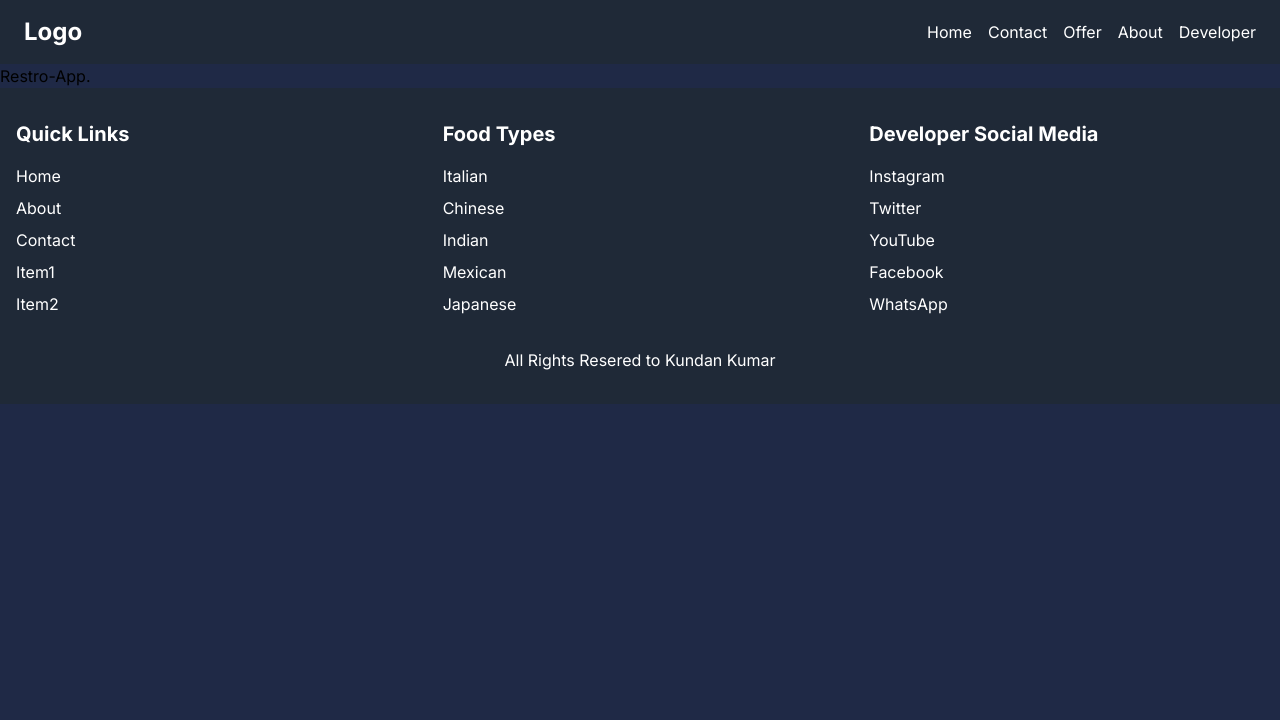
Repository: its-kundan/food-on-time
Page: /
These files come from the project's save history. The page is drawn as it stood at one moment and after the next save; the edit follows.
The browser window is 1280 px wide. The pictures show the whole page.
The project was rebuilt for these pictures with package versions that can differ from the ones it lists, and the page was loaded fresh each time. The framework's server and built-in components were replaced by stand-ins that run in the browser. Also part of the build but not shown: next.config.mjs.

Above is the page before, as saved 2024-07-25 09:01:17.

### src/app/layout.js
import { Inter } from "next/font/google";
import "./globals.css";

import Footer from "./_components/Footer";

const inter = Inter({ subsets: ["latin"] });

export const metadata = {
  title: "Create Next App",
  description: "Generated by create next app",
};

export default function RootLayout({ children }) {
  return (
    <html lang="en">
      <body className={inter.className}>{children}</body>
    </html>
  );
}

### src/app/page.js
import Image from "next/image";
import Footer from "./_components/Footer";
import Header from "./_components/Header";

export default function Home() {
  return (
   <main className="bg-grey-800">
    <Header/>
    Restro-App.
    <Footer/>


   </main>
  );
}

### src/app/globals.css
@tailwind base;
@tailwind components;
@tailwind utilities;
body{
  background-color: rgb(31, 41, 70); /* For background color */
  /* color: white; */
}
/*
:root {
  --foreground-rgb: 0, 0, 0;
  --background-start-rgb: 214, 219, 220;
  --background-end-rgb: 255, 255, 255;
}

@media (prefers-color-scheme: dark) {
  :root {
    --foreground-rgb: 255, 255, 255;
    --background-start-rgb: 0, 0, 0;
    --background-end-rgb: 0, 0, 0;
  }
}

body {
  color: rgb(var(--foreground-rgb));
  background: linear-gradient(
      to bottom,
      transparent,
      rgb(var(--background-end-rgb))
    )
    rgb(var(--background-start-rgb));
}

@layer utilities {
  .text-balance {
    text-wrap: balance;
  }
} */

### src/app/_components/Footer.jsx
import React from 'react';

const Footer = () => {
  return (
    <footer className="bg-gray-800 text-white py-8 mt-auto">
      <div className="container mx-auto px-4">
        <div className="grid grid-cols-1 md:grid-cols-3 gap-8">
          {/* First Column */}
          <div>
            <h3 className="text-xl font-bold mb-4">Quick Links</h3>
            <ul>
              <li className="mb-2"><a href="#">Home</a></li>
              <li className="mb-2"><a href="#">About</a></li>
              <li className="mb-2"><a href="#">Contact</a></li>
              <li className="mb-2"><a href="#">Item1</a></li>
              <li className="mb-2"><a href="#">Item2</a></li>
            </ul>
          </div>

          {/* Second Column */}
          <div>
            <h3 className="text-xl font-bold mb-4">Food Types</h3>
            <ul>
              <li className="mb-2"><a href="#">Italian</a></li>
              <li className="mb-2"><a href="#">Chinese</a></li>
              <li className="mb-2"><a href="#">Indian</a></li>
              <li className="mb-2"><a href="#">Mexican</a></li>
              <li className="mb-2"><a href="#">Japanese</a></li>
            </ul>
          </div>

          {/* Third Column */}
          <div>
            <h3 className="text-xl font-bold mb-4">Developer Social Media</h3>
            <ul>
              <li className="mb-2"><a href="#">Instagram</a></li>
              <li className="mb-2"><a href="#">Twitter</a></li>
              <li className="mb-2"><a href="#">YouTube</a></li>
              <li className="mb-2"><a href="#">Facebook</a></li>
              <li className="mb-2"><a href="#">WhatsApp</a></li>
            </ul>
          </div>
        </div>
        <br/>
        <p className='text-center '> All Rights Resered to Kundan Kumar</p>
      </div>
    </footer>
  );
};

export default Footer;

### src/app/_components/Header.jsx
"use client"
// components/Header.js
import Link from 'next/link';
import { useState } from 'react';

const Header = () => {
  const [isDropdownOpen, setIsDropdownOpen] = useState(false);

  return (
    <header className="bg-gray-800 text-white">
      <div className="container mx-auto flex justify-between items-center py-4 px-6">
        <div className="flex items-center">
          <Link href="/" className="text-2xl font-bold">
            Logo
          </Link>
        </div>
        <nav className="flex space-x-4">
          <Link href="/" className="hover:text-gray-400">
            Home
          </Link>
          <Link href="/contact" className="hover:text-gray-400">
            Contact
          </Link>
          <div className="relative">
            <button
              onClick={() => setIsDropdownOpen(!isDropdownOpen)}
              className="hover:text-gray-400"
            >
              Offer
            </button>
            {isDropdownOpen && (
              <div className="absolute bg-gray-700 text-white mt-2 rounded-md shadow-lg z-10">
                <ul>
                  <li><a href="#" className="block px-4 py-2 hover:bg-gray-600">Offer Item 1</a></li>
                  <li><a href="#" className="block px-4 py-2 hover:bg-gray-600">Offer Item 2</a></li>
                  <li><a href="#" className="block px-4 py-2 hover:bg-gray-600">Offer Item 3</a></li>
                  <li><a href="#" className="block px-4 py-2 hover:bg-gray-600">Offer Item 4</a></li>
                  <li><a href="#" className="block px-4 py-2 hover:bg-gray-600">Offer Item 5</a></li>
                </ul>
              </div>
            )}
          </div>
          <Link href="/about" className="hover:text-gray-400">
            About
          </Link>
          <Link href="/developer" className="hover:text-gray-400">
            Developer
          </Link>
        </nav>
      </div>
    </header>
  );
};

export default Header;

Loaded but not shown: tailwind.config.js (common file)

After the next save:
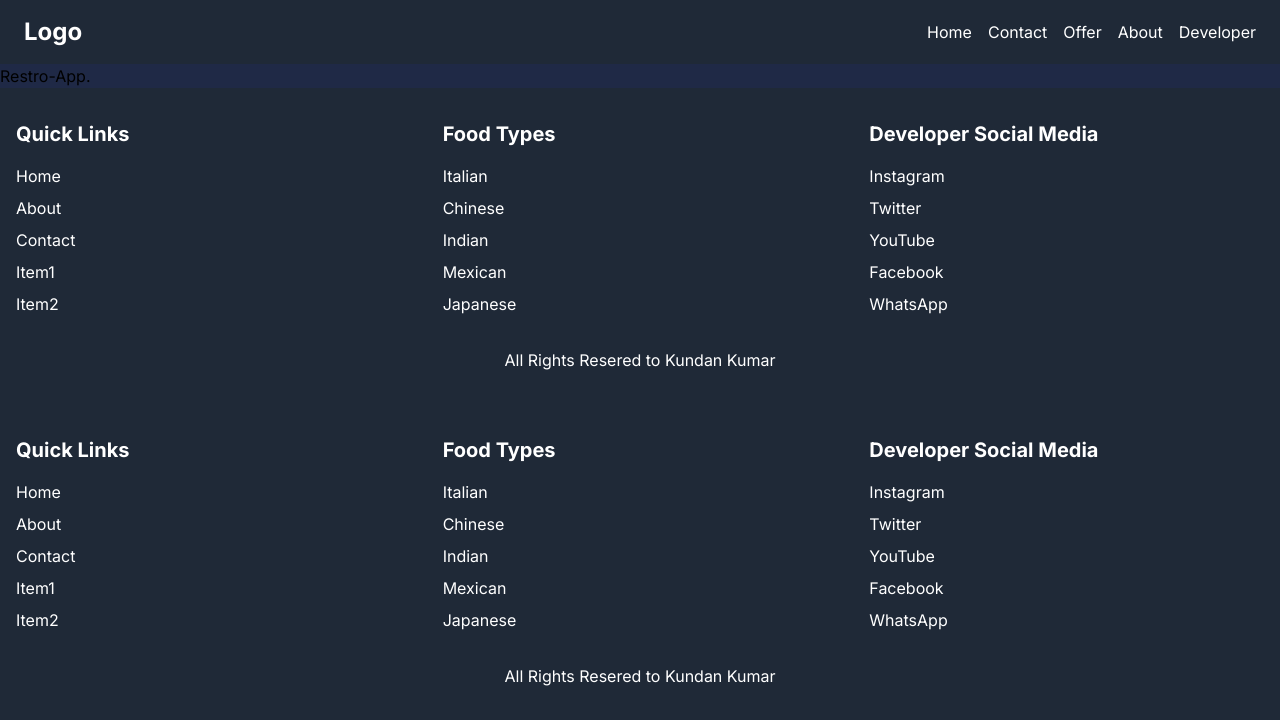
Saved 9 s later.
--- a/src/app/layout.js
+++ b/src/app/layout.js
@@ -14,6 +14,7 @@ export default function RootLayout({ children }) {
   return (
     <html lang="en">
       <body className={inter.className}>{children}</body>
+      <Footer />
     </html>
   );
 }
